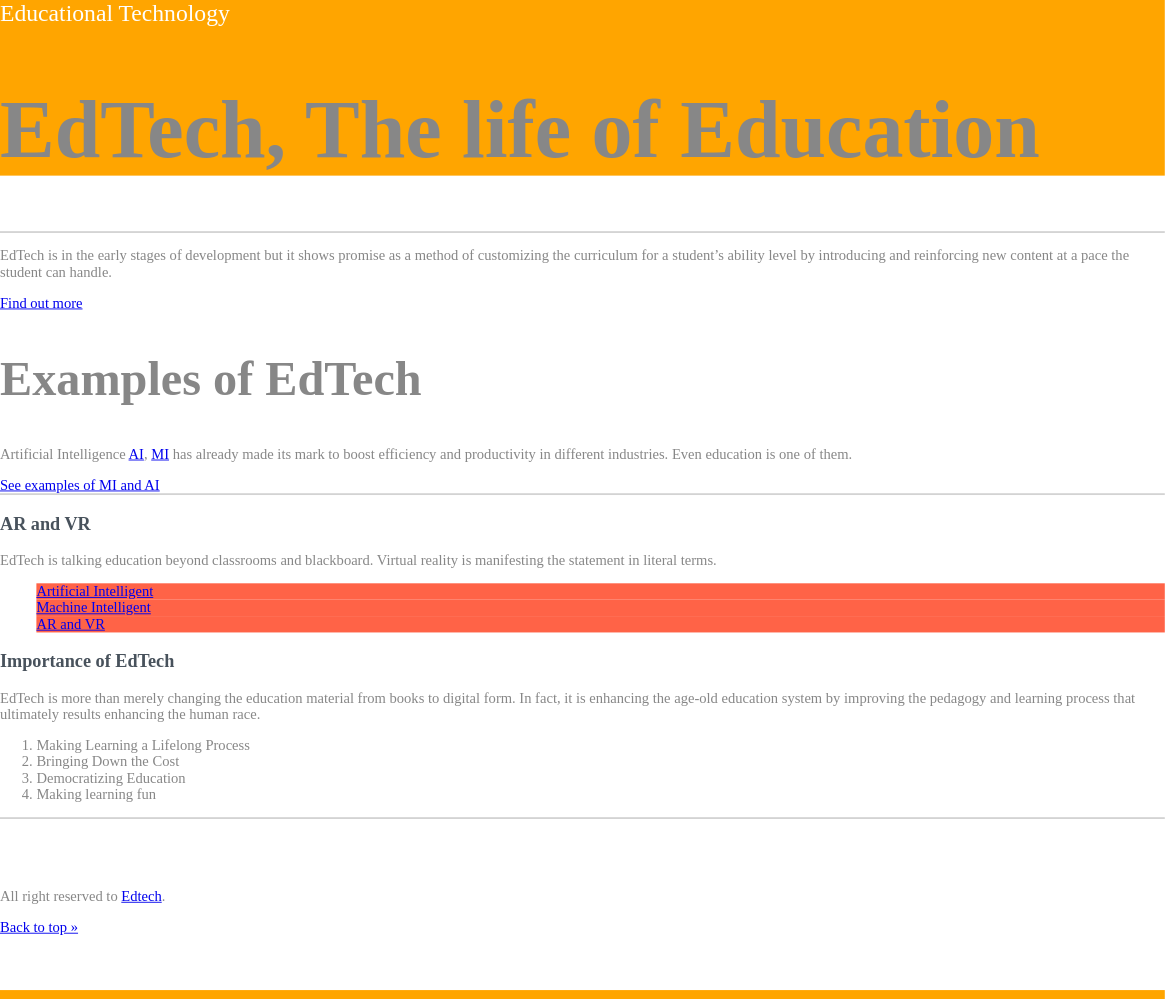
Repository: tunmishyi/edtech
Page: index.html
These files come from the project's save history. The page is drawn as it stood at one moment and after the next save; the edit follows.
The browser window is 1280 px wide. The pictures show the whole page, at 91% of full size.

Above is the page before, as saved 2020-06-06 17:42:38.

### index.html
<html>
	<head>
		<title>EdTech</title>
		<link rel="stylesheet" href="/home/peterolayinka/Documents/archive/tutorial/jumoke/css/style.css">
	</head>
	<body>
		<header id="top" class="main-header">
			<span>Educational Technology</span>
			<h1>EdTech, The life of Education</h1>
		</header>

		<div class="primary-content, t-border">
			<p>
					EdTech is in the early stages of development but it shows promise as a method of customizing the curriculum for a student’s ability level by introducing and reinforcing new content at a pace the student can handle.
			</p>
			<a href="#">Find out more</a>
			<h2>Examples of EdTech</h2>
			<p>
				Artificial Intelligence <a href="#">AI</a>, <a href="#">MI</a> has already made its mark to boost efficiency and productivity in different industries. Even education is one of them.
			</p>
			<a href="#" class="callout">See examples of MI and AI</a>
		</div>

		<div class="secondary-content t-border">
			<h3>AR and VR</h3>
				<p>
					EdTech is talking education beyond classrooms and blackboard. Virtual reality is manifesting the statement in literal terms.
				</p>
				<ul>
					<li><a href="#">Artificial Intelligent</a></li>
					<li><a href="#">Machine Intelligent</a></li>
					<li><a href="#">AR and VR</a></li>
				</ul>
				<h3>Importance of EdTech</h3>
				<p>
					EdTech is more than merely changing the education material from books to digital form. In fact, it is enhancing the age-old education system by improving the pedagogy and learning process that ultimately results enhancing the human race.
				</p>
				<ol>
					<li>Making Learning a Lifelong Process</li>
					<li>Bringing Down the Cost</li>
					<li>Democratizing Education</li>
					<li>Making learning fun</li>
				</ol>
			</div>

			<footer id="main-footer" class="t-border">
				<p>All right reserved to <a href="#">Edtech</a>.</p>
				<a href="#top">Back to top &raquo;</a>
			</footer>
	</body>
</html>

### style.css
body {
   color: #878787;
   margin: 0;
}

.main-header {
    background-color: orange;
}

.main-header span {
    color: white;
    font-size: 26px;
}

ul li {
    background-color: tomato;
    color: white;
}

h1 {
    font-size: 90px;
    color: wite;
    }

    h2 {
        font-size: 53px;
    }

    h3 {
        font-size: 20px;
        color: #48525c;
    }

    .primary-content {
        text-align: center
    }

    .t-border {
        border-top: 2px solid lightgrey;
    }

    #main-footer {
        padding-top: 60px;
        padding-bottom: 60px;
        border-bottom: solid 10px orange;
    }

After the next save:
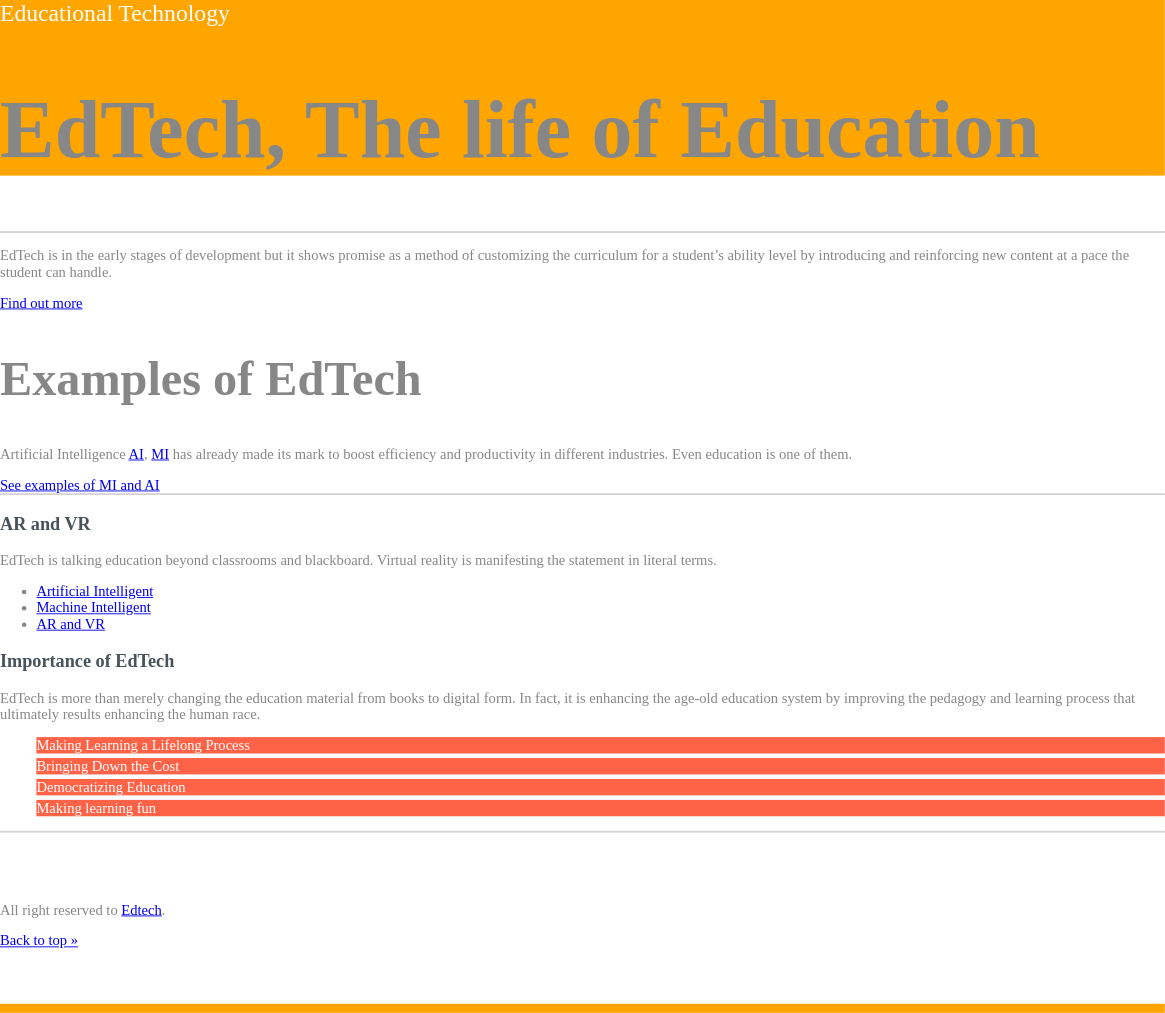
Saved 41 s later.
--- a/style.css
+++ b/style.css
@@ -12,9 +12,10 @@ body {
     font-size: 26px;
 }
 
-ul li {
+ol li {
     background-color: tomato;
     color: white;
+    margin-bottom: 5px;
 }
 
 h1 {
